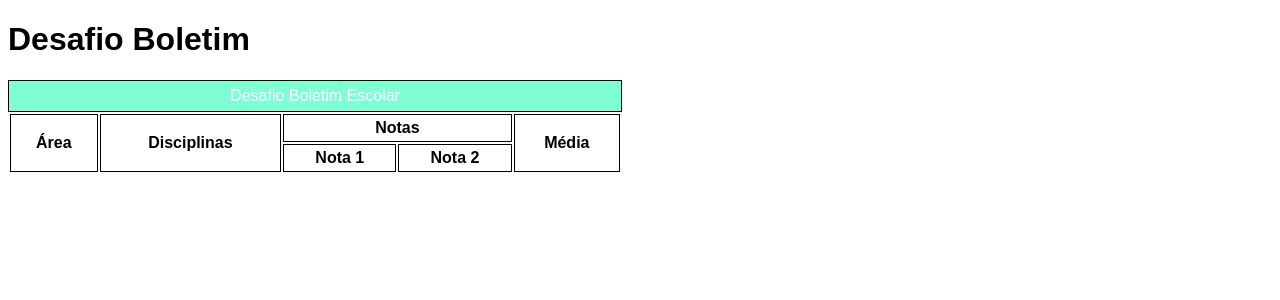
Repository: railsondev/html-css
Page: Módulo3/Desafio/D05 - Tabela Boletim escolar/boletim.html
These files come from the project's save history. The page is drawn as it stood at one moment and after a run of saves; the edit follows.
The browser window is 1280 px wide. The pictures show the whole page.

Above is the page before, as saved 2024-10-22 12:34:34.

### Módulo3/Desafio/D05 - Tabela Boletim escolar/boletim.html
<!DOCTYPE html>
<html lang="en">
<head>
  <meta charset="UTF-8">
  <meta name="viewport" content="width=device-width, initial-scale=1.0">
  <title>Tabelas</title>
  <link rel="stylesheet" href="src/css/estilo.css">
</head>
<body>
  <h1>Desafio Boletim</h1>
  <table>
    <caption>Desafio Boletim Escolar</caption>
    <thead>
        <th rowspan="2" scope="rowgroup">Área</th>
        <th rowspan="2" scope="rowgroup">Disciplinas</tg>
        <th colspan="2" scope="colgroup">Notas</th>
        <th rowspan="2" scope="rowgroup">Média</th>
      <tr>
        <th>Nota 1</th>
        <th>Nota 2</th>
      </tr>
    </thead>
    <tbody>
      <tr></tr>
      <tr></tr>
      <tr></tr>
      <tr></tr>
      <tr></tr>
      <tr></tr>
      <tr></tr>
      <tr></tr>
    </tbody>
  </table>
</body>
</html>

### Módulo3/Desafio/D05 - Tabela Boletim escolar/src/css/estilo.css
@charset 'UTF-8';

body {
  font-family: Arial, Helvetica, sans-serif;
  font-weight: 100px;
}
table, caption {
  border-collapse: separate;
  width: 600px;
}
caption {
  background-color: aquamarine;
  color: white;
  border-collapse: collapse;
  border: 1px solid black;
  padding: 6px;
}
td, th {
  border: 1px solid black;
  padding: 4px;
}

After the next 3 saves:
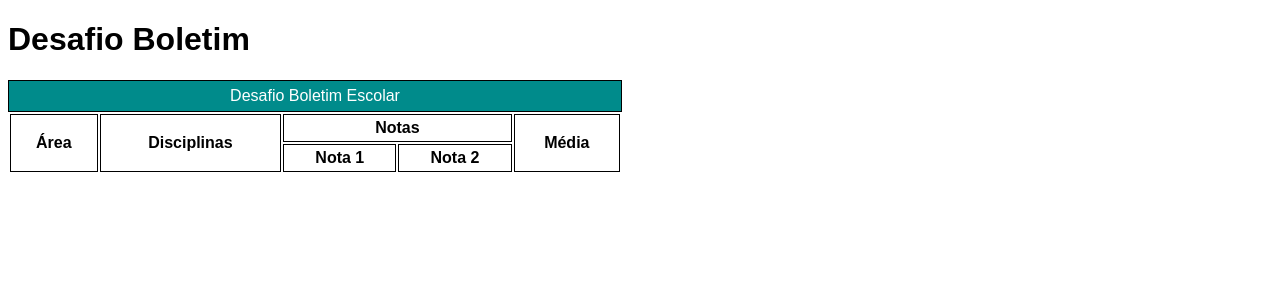
The 3 saves are shown as one change because they came seconds apart.
The last was saved 9 s later.
--- a/Módulo3/Desafio/D05 - Tabela Boletim escolar/src/css/estilo.css
+++ b/Módulo3/Desafio/D05 - Tabela Boletim escolar/src/css/estilo.css
@@ -9,7 +9,7 @@ table, caption {
   width: 600px;
 }
 caption {
-  background-color: aquamarine;
+  background-color: darkcyan;
   color: white;
   border-collapse: collapse;
   border: 1px solid black;
